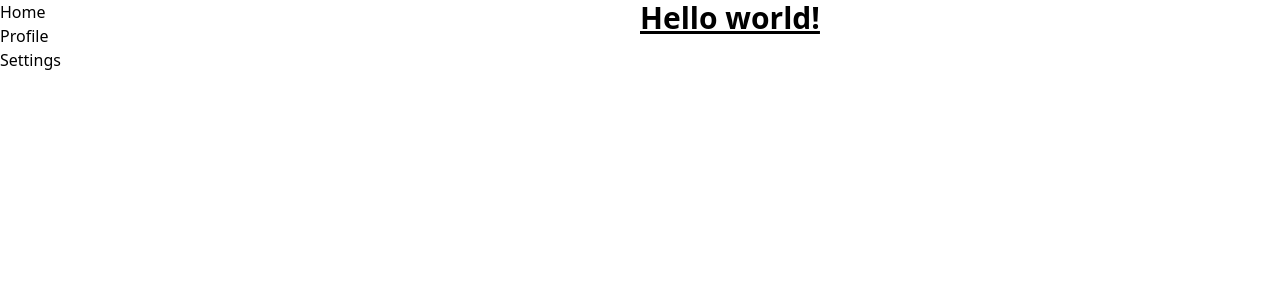
Repository: Yh010/dukaanDashboard
Page: /
These files come from the project's save history. The page is drawn as it stood at one moment and after the next save; the edit follows.
The browser window is 1280 px wide. The pictures show the whole page.
The project was rebuilt for these pictures with package versions that can differ from the ones it lists, and the page was loaded fresh each time. Also part of the build but not shown: vite.config.js, src/App.css.

Above is the page before, as saved 2024-01-21 11:08:59.

After the next save:
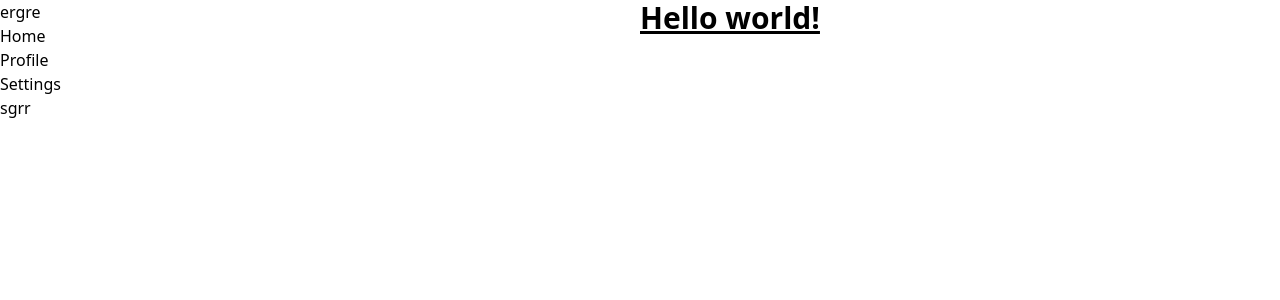
Saved 12 s later.
--- a/src/components/sidenavbar.jsx
+++ b/src/components/sidenavbar.jsx
@@ -2,7 +2,7 @@ function SideNavBar() {
     return (
         <div className="sidenavbar justify-between">
             <div id="head">
-
+                ergre
             </div>
 
 
@@ -18,7 +18,7 @@ function SideNavBar() {
 
 
             <div id="credits">
-
+                sgrr
             </div>
 
         </div>
